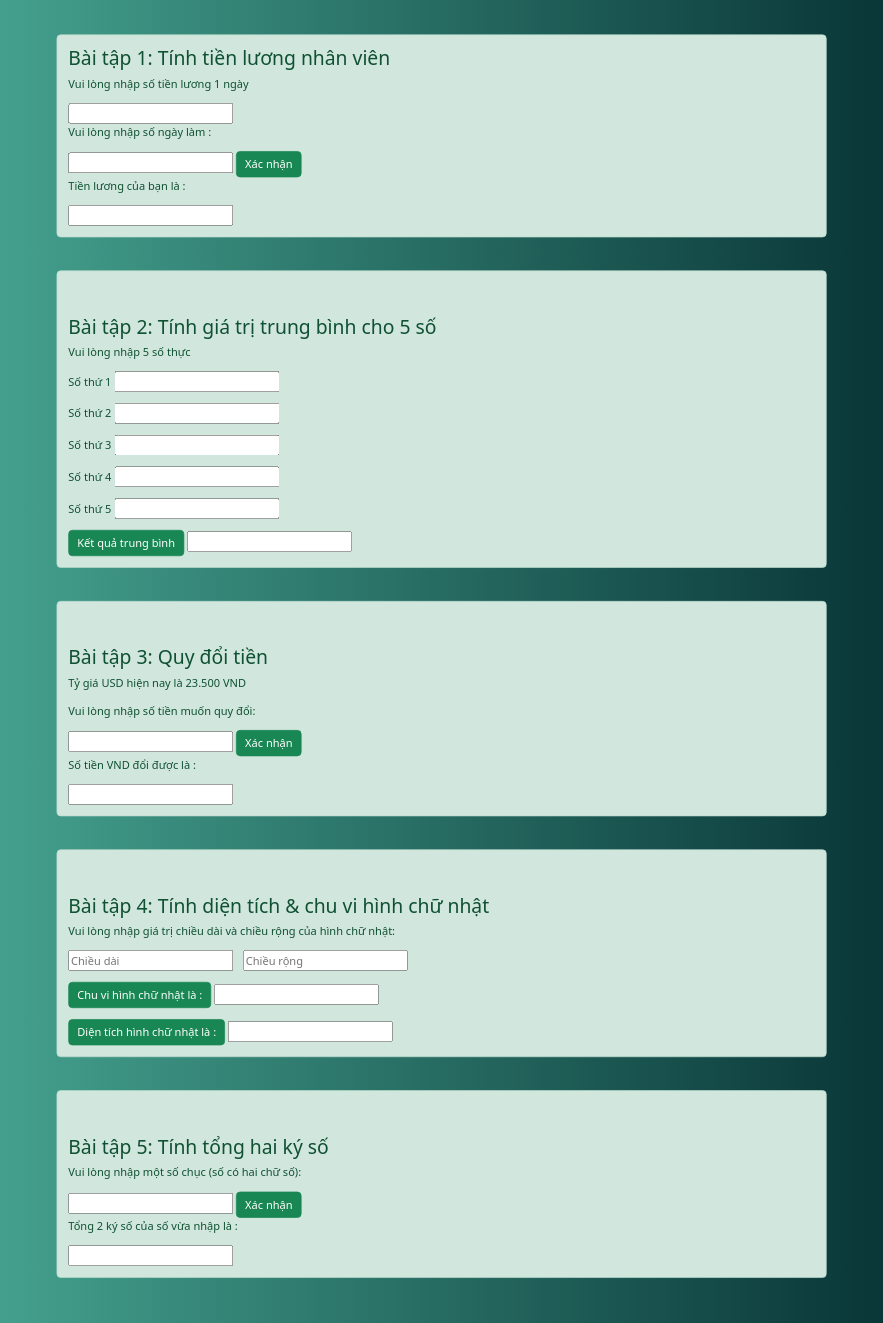
Repository: hcozyph/TranHuuPhuoc_BC43_BT_JS_Buoi2
Page: index.html
These files come from the project's save history. The page is drawn as it stood at one moment and after the next save; the edit follows.
The browser window is 1280 px wide. The pictures show the whole page, at 69% of full size.

Above is the page before, as saved 2023-02-03 20:43:21.

### index.html
<!DOCTYPE html>
<html lang="en">
    <head>
        <title>BT JS - Buoi 1</title>
        <!-- Required meta tags -->
        <meta charset="utf-8" />
        <meta
            name="viewport"
            content="width=device-width, initial-scale=1, shrink-to-fit=no"
        />

        <!-- font-family -->
        <link
            href="//fonts.googleapis.com/css2?family=Pacifico&amp;display=swap"
            rel="stylesheet"
        />
        <link
            href="//fonts.googleapis.com/css2?family=Quicksand:wght@300;400;500;600;700&amp;display=swap"
            rel="stylesheet"
        />

        <!-- Bootstrap CSS v5.2.1 -->
        <link
            href="https://cdn.jsdelivr.net/npm/bootstrap@5.2.1/dist/css/bootstrap.min.css"
            rel="stylesheet"
            integrity="sha384-iYQeCzEYFbKjA/T2uDLTpkwGzCiq6soy8tYaI1GyVh/UjpbCx/TYkiZhlZB6+fzT"
            crossorigin="anonymous"
        />

        <!-- FontAwesome 6.2.0 CSS -->
        <link
            rel="stylesheet"
            href="https://cdnjs.cloudflare.com/ajax/libs/font-awesome/6.2.0/css/all.min.css"
            integrity="sha512-xh6O/CkQoPOWDdYTDqeRdPCVd1SpvCA9XXcUnZS2FmJNp1coAFzvtCN9BmamE+4aHK8yyUHUSCcJHgXloTyT2A=="
            crossorigin="anonymous"
            referrerpolicy="no-referrer"
        />

        <!-- index.css -->
        <link rel="stylesheet" href="./style/index.css" />
    </head>

    <body>
        <div class="btvn">
            <!-- BT1 -->
            <div class="container">
                <!-- BT-1 -->
                <div class="BT1 alert alert-success">
                    <h1 class="fs-3">Bài tập 1: Tính tiền lương nhân viên</h1>

                    <div class="col-4">
                        <p>Vui lòng nhập số tiền lương 1 ngày</p>

                        <input type="text" id="luongMotNgay" />
                    </div>

                    <p>Vui lòng nhập số ngày làm :</p>
                    <input type="number" id="soNgayLam" />
                    <button
                        class="btn btn-success"
                        id="btnXacNhan"
                        onclick="inputSoNgayLam()"
                    >
                        Xác nhận
                    </button>
                    <p>Tiền lương của bạn là :</p>
                    <input type="text" id="result" />
                </div>

                <!-- BT2 -->
                <div class="BT2 alert alert-success mt-5">
                    <h1 class="fs-3 mt-5">
                        Bài tập 2: Tính giá trị trung bình cho 5 số
                    </h1>
                    <p>Vui lòng nhập 5 số thực</p>

                    <p>Số thứ 1 <input type="number" id="n1" /></p>
                    <p>Số thứ 2 <input type="number" id="n2" /></p>
                    <p>Số thứ 3 <input type="number" id="n3" /></p>
                    <p>Số thứ 4 <input type="number" id="n4" /></p>
                    <p>Số thứ 5 <input type="number" id="n5" /></p>

                    <button
                        class="btn btn-success"
                        id="btnAverage"
                        onclick="average()"
                    >
                        Kết quả trung bình
                    </button>
                    <input type="text" id="average" />
                </div>

                <!-- BT3 -->
                <div class="BT3 alert alert-success mt-5">
                    <h1 class="fs-3 mt-5">Bài tập 3: Quy đổi tiền</h1>
                    <p>Tỷ giá USD hiện nay là 23.500 VND</p>
                    <p>Vui lòng nhập số tiền muốn quy đổi:</p>

                    <input type="number" id="inputUsd" />
                    <button
                        class="btn btn-success"
                        id="btnTradeMoney"
                        onclick="tradeMoney ()"
                    >
                        Xác nhận
                    </button>

                    <p>Số tiền VND đổi được là :</p>
                    <input type="text" id="tradeMoney" />
                </div>

                <!-- BT4 -->
                <div class="BT4 alert alert-success mt-5">
                    <h1 class="fs-3 mt-5">
                        Bài tập 4: Tính diện tích & chu vi hình chữ nhật
                    </h1>
                    <p>
                        Vui lòng nhập giá trị chiều dài và chiều rộng của hình
                        chữ nhật:
                    </p>

                    <input type="number" id="length" placeholder="Chiều dài" />
                    <input
                        style="margin-left: 10px"
                        type="number"
                        id="width"
                        placeholder="Chiều rộng"
                    />

                    <div class="chuVi mt-3">
                        <button class="btn btn-success" onclick="chuVi()">
                            Chu vi hình chữ nhật là :
                        </button>
                        <input type="number" id="chuVi" />
                    </div>

                    <div class="dienTich mt-3">
                        <button class="btn btn-success" onclick="dienTich()">
                            Diện tích hình chữ nhật là :
                        </button>
                        <input type="number" id="dienTich" />
                    </div>
                </div>

                <!-- BT5 -->
                <div class="BT5 alert alert-success mt-5">
                    <h1 class="fs-3 mt-5">Bài tập 5: Tính tổng hai ký số</h1>
                    <p>Vui lòng nhập một số chục (số có hai chữ số):</p>
                    <input type="number" id="inputSoChuc" />
                    <button class="btn btn-success" onclick="tong2KySo()">
                        Xác nhận
                    </button>
                    <p>Tổng 2 ký số của số vừa nhập là :</p>
                    <input type="number" id="tong2KySo" />
                </div>
            </div>
        </div>

        <!-- Bootstrap JavaScript Libraries -->
        <script
            src="https://cdn.jsdelivr.net/npm/@popperjs/core@2.11.6/dist/umd/popper.min.js"
            integrity="sha384-oBqDVmMz9ATKxIep9tiCxS/Z9fNfEXiDAYTujMAeBAsjFuCZSmKbSSUnQlmh/jp3"
            crossorigin="anonymous"
        ></script>

        <script
            src="https://cdn.jsdelivr.net/npm/bootstrap@5.2.1/dist/js/bootstrap.min.js"
            integrity="sha384-7VPbUDkoPSGFnVtYi0QogXtr74QeVeeIs99Qfg5YCF+TidwNdjvaKZX19NZ/e6oz"
            crossorigin="anonymous"
        ></script>

        <!-- js customize -->
        <script src="./index.js"></script>
    </body>
</html>

### style/index.css
.btvn {
    background: linear-gradient(to right, rgb(68, 160, 141), rgb(9, 54, 55));
    background-repeat: no-repeat;
    background-size: cover;
    margin: 0 auto;
    padding: 50px;
}

### index.js
//BT1: Tính tiền lương nhân viên
function inputSoNgayLam () {
    //input:
    var soNgayLam = document.getElementById('soNgayLam').value;
    const luongMotNgay = 100000;

    //output:
    var result = 0;

    //progress
    var result = parseInt(soNgayLam) * parseInt(luongMotNgay);

    document.getElementById('result').value = result.toLocaleString() + ' VND';
}

//BT2: Tính trung bình cộng 5 số
function average () {
    //input:
    var n1 = document.getElementById('n1').value;
    var n2 = document.getElementById('n2').value;
    var n3 = document.getElementById('n3').value;
    var n4 = document.getElementById('n4').value;
    var n5 = document.getElementById('n5').value;
    //output:
    var average = 0;
    const soLuongInput = 5;

    //progress
    var sum = parseFloat(n1) + parseFloat(n2) + parseFloat(n3) + parseFloat(n4) + parseFloat(n5);

    var average =  sum / parseFloat(soLuongInput) ;

    document.getElementById('average').value = average;
}

//BT3: Quy đổi tiền
function tradeMoney () {
    //input
    var inputUsd = document.getElementById('inputUsd').value;
    const tyGia = 23500;

    //output
    var tradeMoney = 0;

    //progress
    var tradeMoney = parseInt(inputUsd) * parseInt(tyGia);
    document.getElementById('tradeMoney').value = tradeMoney.toLocaleString() + ' VND';
}

//BT4: Tính chu vi & diện tích hình chữ nhật
function chuVi () {
    // input
    var length = document.getElementById('length').value;
    var width = document.getElementById('width').value;

    //output
    var chuVi = ( parseInt(length) + parseInt(width) ) * 2;

    //progress
    document.getElementById('chuVi').value = chuVi.toLocaleString();
}


function dienTich () {
    // input
    var length = document.getElementById('length').value;
    var width = document.getElementById('width').value;

    //output
    var dienTich = parseInt(length) * parseInt(width) ;

    //progress
    document.getElementById('dienTich').value = dienTich.toLocaleString();
}


//BT5: Tính tổng hai ký số
function tong2KySo () {
    //input
    var inputSoChuc = document.getElementById('inputSoChuc').value;
    var hangChuc = 0;
    var hangDonVi = 0;

    //output
    var tong2KySo = 0;

    //progress
    var hangChuc = Math.floor(Number(inputSoChuc)/10)
    var hangDonVi = Math.floor(Number(inputSoChuc)%10)
    var tong2KySo = parseInt(hangChuc) + parseInt(hangDonVi);

    document.getElementById('tong2KySo').value = tong2KySo;
}
/*
Link vercel:
https://tran-huu-phuoc-bc-43-bt-js-buoi1.vercel.app/
*/

After the next save:
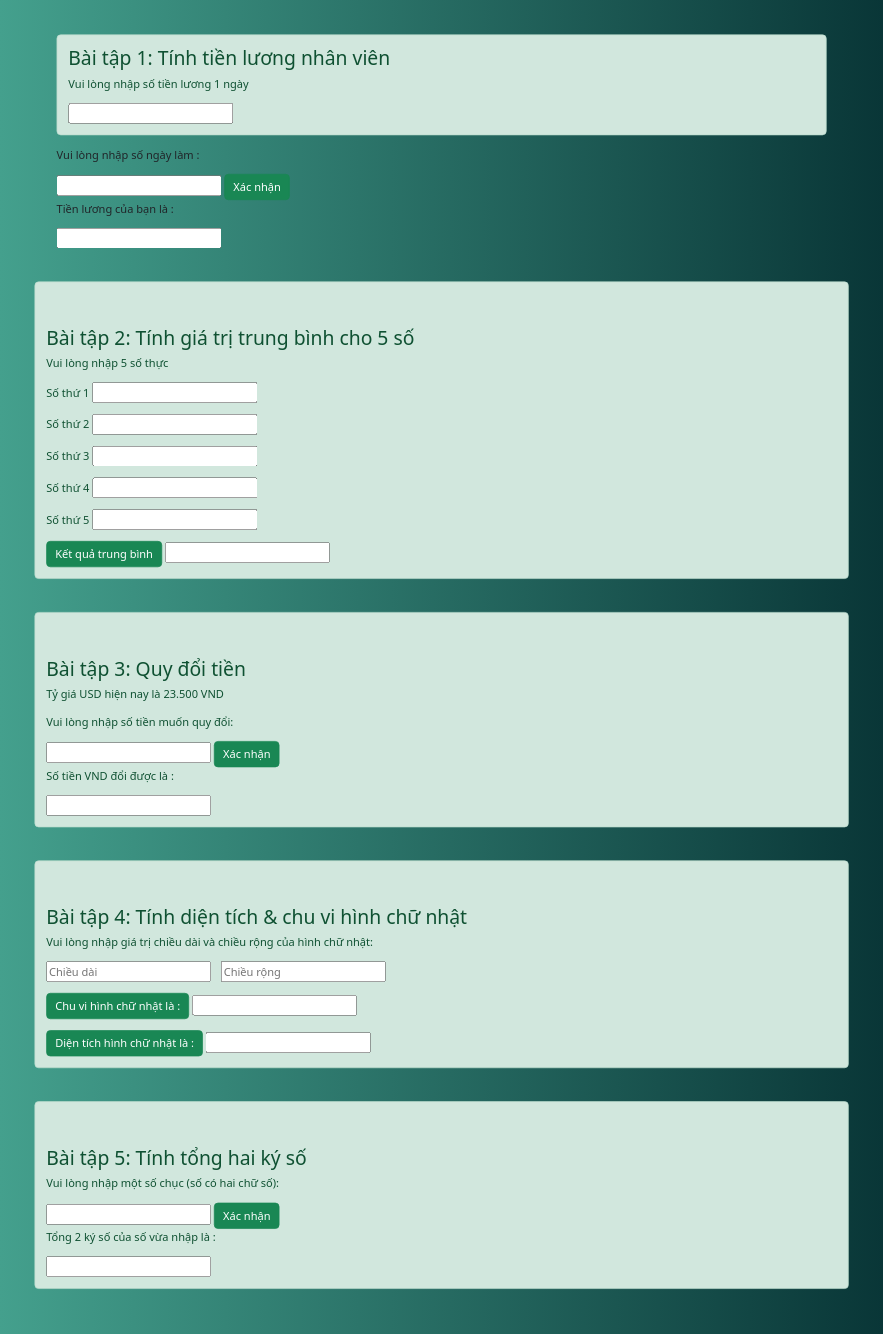
Saved 8 s later.
--- a/index.html
+++ b/index.html
@@ -48,7 +48,7 @@
                 <div class="BT1 alert alert-success">
                     <h1 class="fs-3">Bài tập 1: Tính tiền lương nhân viên</h1>
 
-                    <div class="col-4">
+                    <!-- <div class="col-4"> -->
                         <p>Vui lòng nhập số tiền lương 1 ngày</p>
 
                         <input type="text" id="luongMotNgay" />

After the save that followed:
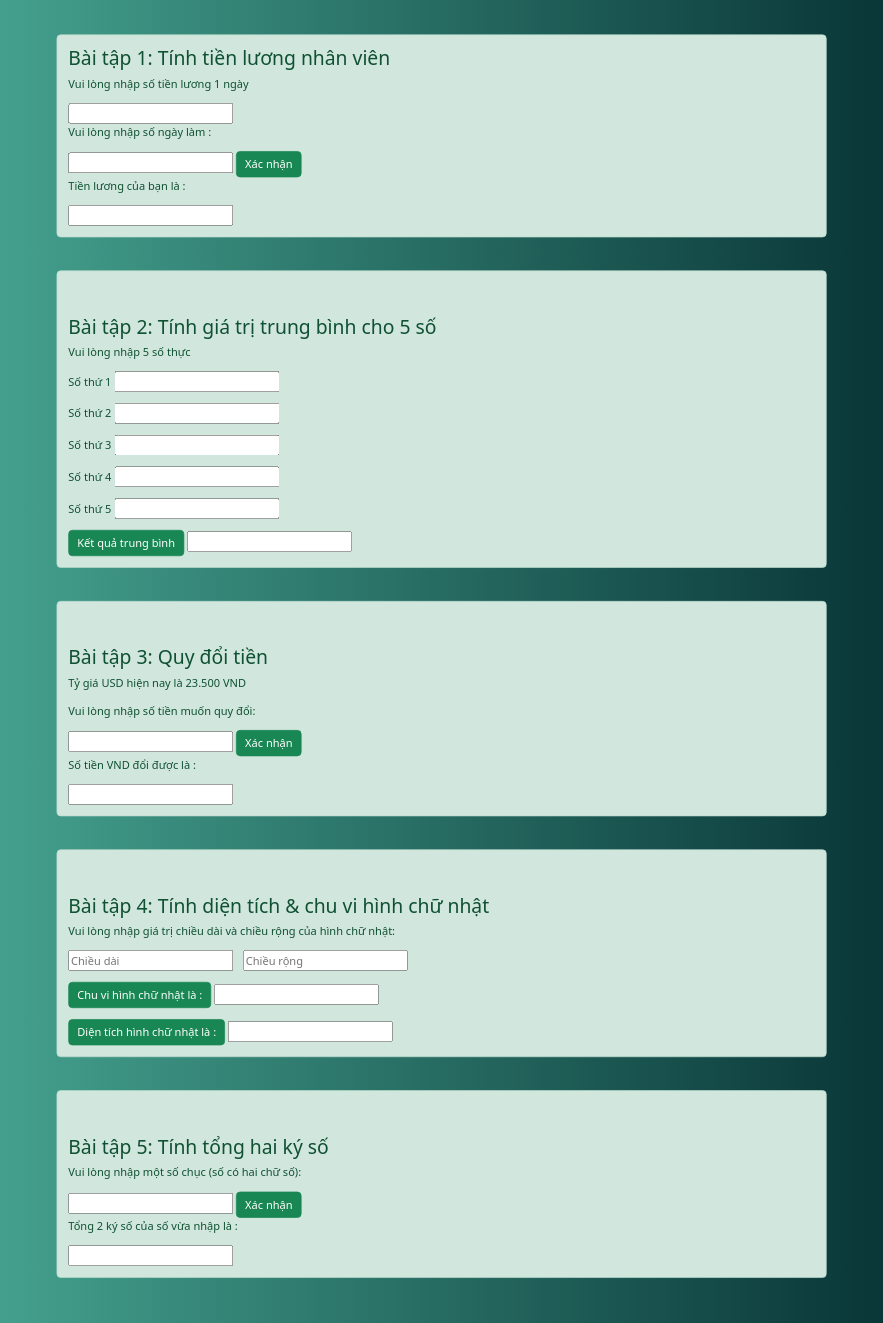
Saved 7 s later.
--- a/index.html
+++ b/index.html
@@ -49,10 +49,10 @@
                     <h1 class="fs-3">Bài tập 1: Tính tiền lương nhân viên</h1>
 
                     <!-- <div class="col-4"> -->
-                        <p>Vui lòng nhập số tiền lương 1 ngày</p>
+                    <p>Vui lòng nhập số tiền lương 1 ngày</p>
 
-                        <input type="text" id="luongMotNgay" />
-                    </div>
+                    <input type="text" id="luongMotNgay" />
+                    <!-- </div> -->
 
                     <p>Vui lòng nhập số ngày làm :</p>
                     <input type="number" id="soNgayLam" />
